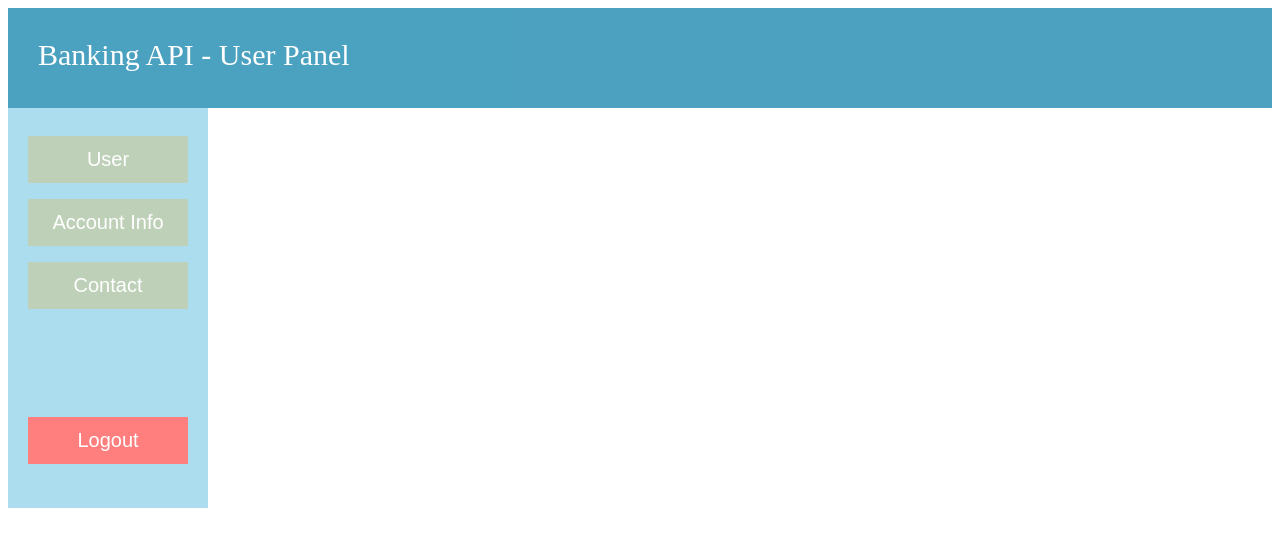
Repository: kennyufish/Revature_ROCP1_Project_Banking_API
Page: banking_api/src/main/webapp/userInfo.html
These files come from the project's save history. The page is drawn as it stood at one moment and after the next save; the edit follows.
The browser window is 1280 px wide. The pictures show the whole page.

Above is the page before, as saved 2020-10-10 16:15:44.

After the next save:
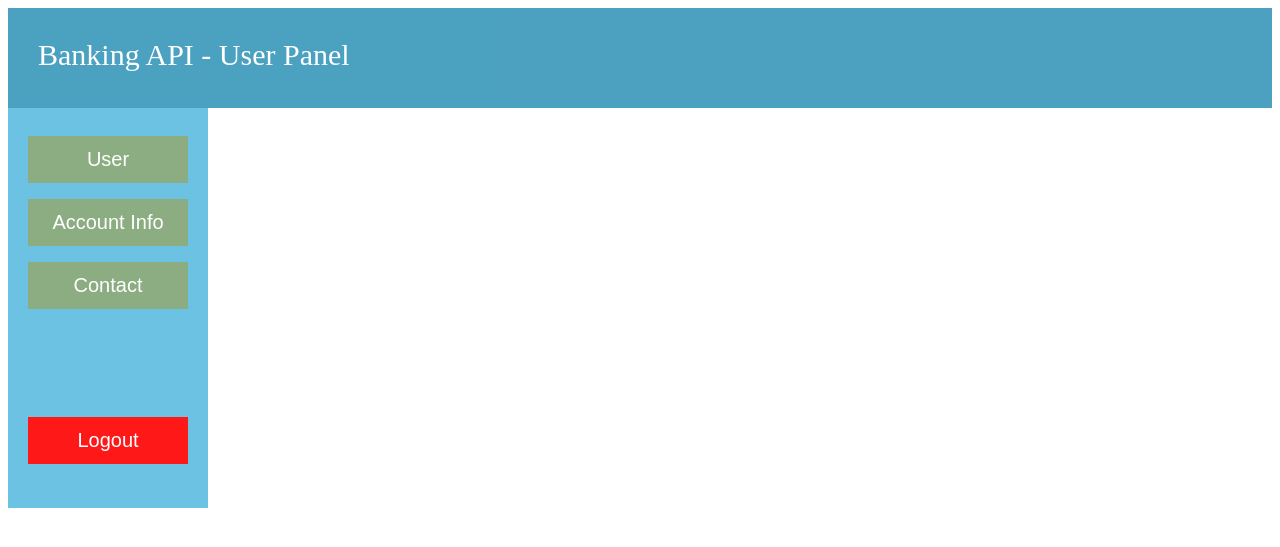
Saved 10 s later.
--- a/banking_api/src/main/webapp/userInfo.html
+++ b/banking_api/src/main/webapp/userInfo.html
@@ -25,7 +25,7 @@ nav {
 	background-color:#5BBCDF;
 	padding: 20px;
 	height: 400px;
-	opacity:0.5
+	opacity:0.9
 
 }
 
